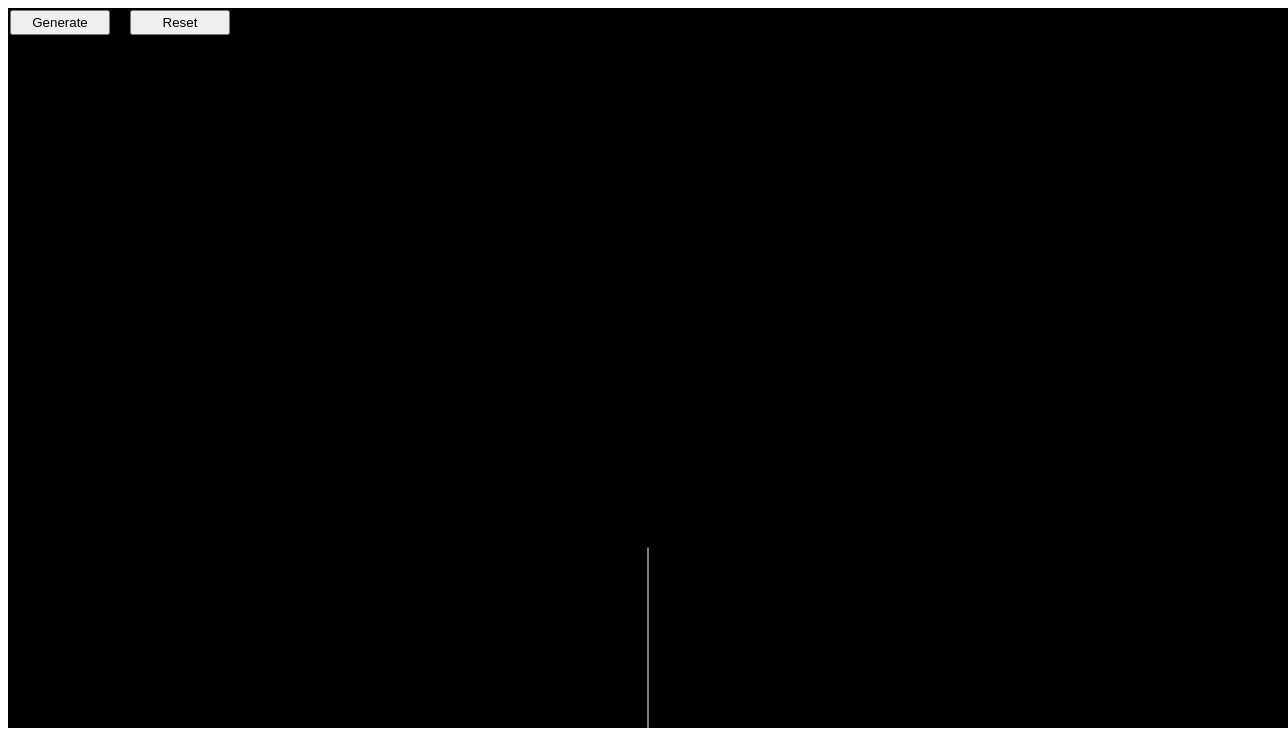
Repository: Gabrielw123/Fraktalgenerator
Page: fraktaler/test/bruh.html
These files come from the project's save history. The page is drawn as it stood at one moment and after the next save; the edit follows.
The browser window is 1280 px wide. The page is 1288 px wide, then 1280 px, so the pictures cover 1288 px, including what lies to the right of the window. The pictures show the whole page.
Some web libraries are served in a nearby version.

Above is the page before, as saved 2022-01-11 23:27:18.

### fraktaler/test/bruh.html
<!DOCTYPE html>
<html lang="en">
  <head>
    <meta charset="UTF-8" />
    <meta name="viewport" content="width=device-width, initial-scale=1.0" />
    <meta http-equiv="X-UA-Compatible" content="ie=edge" />
  </head>
  <body>
    <script src="https://cdn.jsdelivr.net/npm/p5@1.0.0/lib/p5.js"></script>
    <script src="noob.js"></script>
  </body>
</html>

### fraktaler/test/noob.js
let genButton;
let resButton;
let guiText;

let generation = 0;
let maxGeneration = 6;

let length;
let angle;

let axiom = "F";
let sentence = axiom;

let rules = [
  {
    in: "F",
    out: "FF+[+F-F-F]-[-F+F+F]",
  },
];

function setup() {
  createCanvas(window.innerWidth, window.innerHeight);
  angle = radians(120);
  length = height / 4;
  turtle();
  drawGUI();
}

function generate() {
  length *= 0.5;

  let nextSentence = "";

  for (let i = 0; i < sentence.length; i++) {
    let found = false;
    let currentChar = sentence.charAt(i);

    for (let j = 0; j < rules.length; j++) {
      if (currentChar === rules[j].in) {
        found = true;
        nextSentence += rules[j].out;
        break;
      }
    }
    if (!found) {
      nextSentence += currentChar;
    }
  }
  sentence = nextSentence;
  turtle();
}

function turtle() {
  resetMatrix();
  background(0);
  stroke(255);
  translate(width / 2, height);

  for (let i = 0; i <= sentence.length; i++) {
    let currentChar = sentence.charAt(i);

    if (currentChar === "F") {
      line(0, 0, 0, -length);
      translate(0, -length);
    } else if (currentChar === "+") {
      rotate(angle);
    } else if (currentChar === "-") {
      rotate(-angle);
    } else if (currentChar === "[") {
      push();
    } else if (currentChar === "]") {
      pop();
    }
  }
  generation++;
}

function drawGUI() {
  genButton = createButton("Generate");
  genButton.size(100, 25);
  genButton.position(10, 10);
  genButton.mousePressed(function () {
    if (generation < maxGeneration) generate();
  });

  resButton = createButton("Reset");
  resButton.size(100, 25);
  resButton.position(130, 10);
  resButton.mousePressed(function () {
    sentence = axiom;
    length = height / 4;
    generation = 0;
    turtle();
  });
}

After the next save:
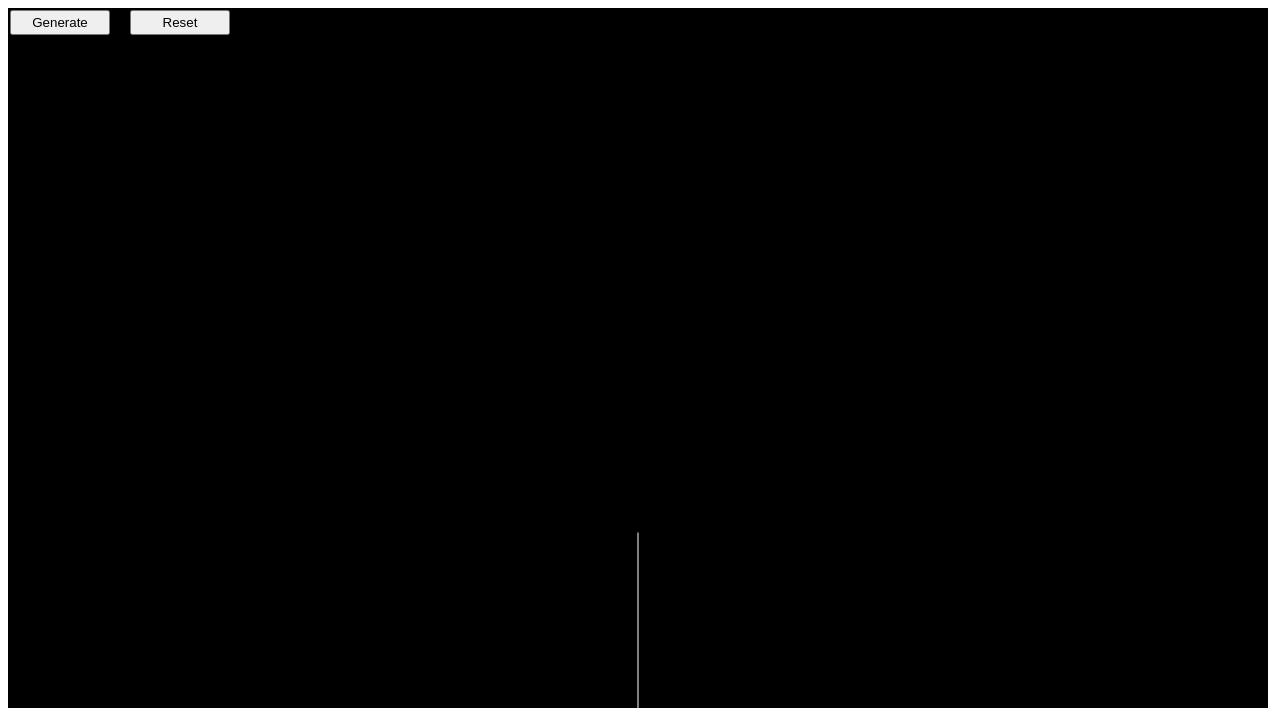
Saved 13 s later.
--- a/fraktaler/test/noob.js
+++ b/fraktaler/test/noob.js
@@ -19,7 +19,7 @@ let rules = [
 ];
 
 function setup() {
-  createCanvas(window.innerWidth, window.innerHeight);
+  createCanvas(window.innerWidth - 20, window.innerHeight - 20);
   angle = radians(120);
   length = height / 4;
   turtle();
